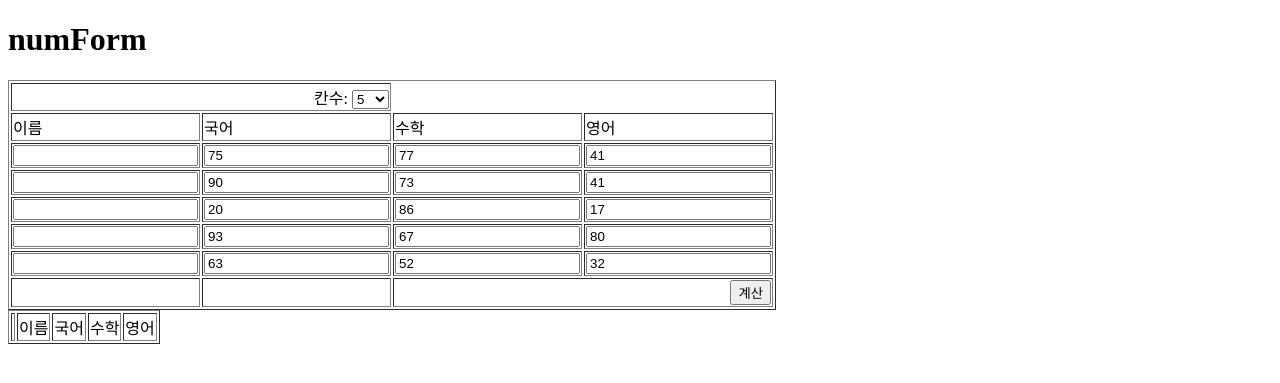
Repository: Jamikidu/newJsp
Page: http://localhost/jspProj/request/numForm.jsp
These files come from the project's save history. The page is drawn as it stood at one moment and after the next save; the edit follows.
The browser window is 1280 px wide. The pictures show the whole page.
The page is served by Tomcat 9. Other server files are loaded and not shown.

Above is the page before, as saved 2023-07-27 08:20:19.

### jspProj/src/main/webapp/request/numForm.jsp
<%@ page language="java" contentType="text/html; charset=UTF-8"
    pageEncoding="UTF-8"%>
<%
	int cnt = 5;
	if(request.getParameter("cnt") != null){
		cnt = Integer.parseInt(request.getParameter("cnt"));
	}

%>
<!DOCTYPE html>
<html>
<head>
<meta charset="UTF-8">
<title>numForm</title>
<script type="text/javascript">
	function cntChange(){

		qwer.action="?"
		qwer.submit()
	}
</script>
</head>
<body>
<h1>numForm</h1>
<form action="numReg.jsp" name="qwer">
	<table border="">
		<tr>
			<td colspan="2" align="right">
			칸수:
				<select name="cnt" id="" onchange="cntChange()">
				<% for(int i=5; i<=30; i+=5){
				   String sel ="";

				   if(i == cnt){
					   sel = "selected";
				   }
				%>
					<option <%=sel%>><%=i %></option>
				<% } %>
				</select>
			</td>

		</tr>
		<tr>
			<td>이름</td>
			<td>국어</td>
			<td>수학</td>
			<td>영어</td>
		</tr>
		<tr>

		 <% for(int i=0;i<5;i++){ %>
			<td><input type="text" name="per"></td>
			<td><input type="text" name="kor" value="<%=(int)(Math.random()*90)+10 %>" /></td>
			<td><input type="text" name="eng" value="<%=(int)(Math.random()*90)+10 %>" /></td>
			<td><input type="text" name="meth" value="<%=(int)(Math.random()*90)+10 %>" /></td>
		</tr>
		<% } %>

		<tr>
			<td></td>
			<td></td>
			<td colspan="2" align="right">
				<input type="submit" value="계산" />
			</td>
		</tr>
	</table>
</form>
<table border="">
	<th>
		<td>이름</td>
		<td>국어</td>
		<td>수학</td>
		<td>영어</td>
	</th>
</table>

</body>
</html>

After the next save:
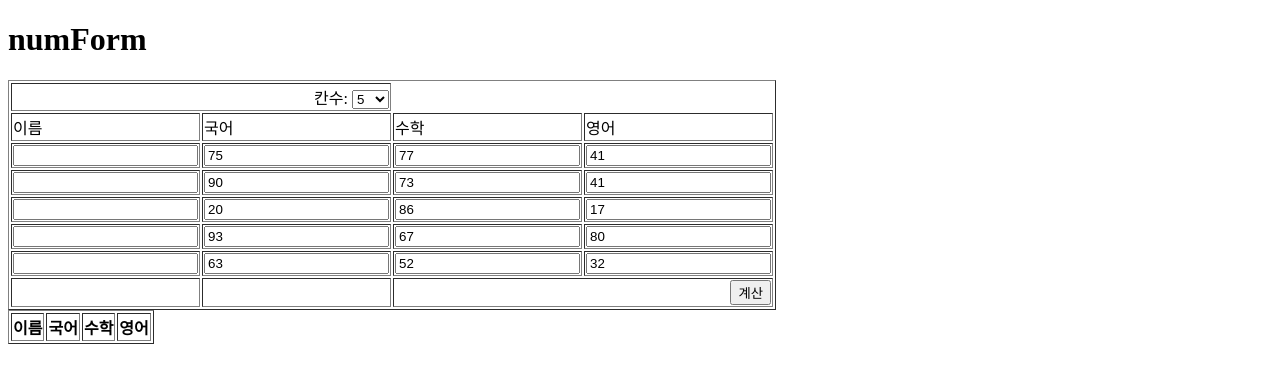
Saved 11 s later.
--- a/jspProj/src/main/webapp/request/numForm.jsp
+++ b/jspProj/src/main/webapp/request/numForm.jsp
@@ -67,12 +67,12 @@
 	</table>
 </form>
 <table border="">
-	<th>
-		<td>이름</td>
-		<td>국어</td>
-		<td>수학</td>
-		<td>영어</td>
-	</th>
+	<tr>
+		<th>이름</td>
+		<th>국어</td>
+		<th>수학</td>
+		<th>영어</td>
+	</tr>
 </table>
 
 </body>
